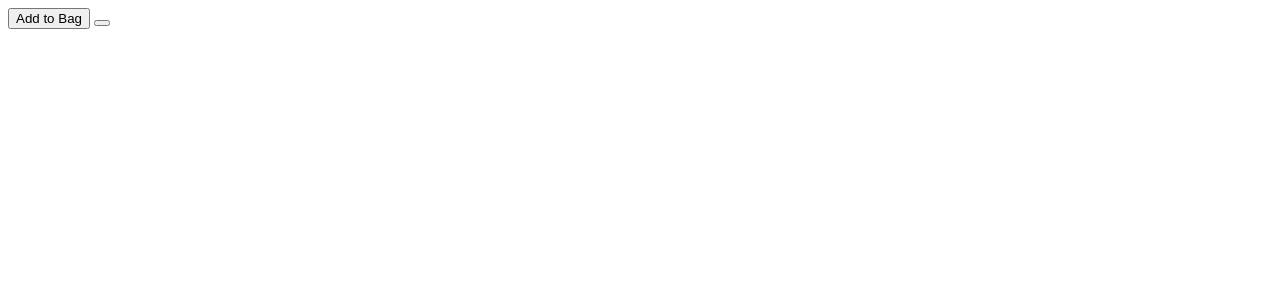
Repository: nihalani20/Learning-Js
Page: practice_set2/index.html
The author's editor kept a copy of each file at every save. The page is drawn from the files as they stood at one save, then again after the next save.
The browser window is 1280 px wide. The pictures show the whole page.

Above is the page before, as saved 2023-12-09 12:20:07.

### practice_set2/index.html
<!DOCTYPE html>
<html lang="en">
<head>
  <meta charset="UTF-8">
  <meta name="viewport" content="width=device-width, initial-scale=1.0">
  <title>Myntra bag exercise</title>
  <link  href="/practice_set2/style.css" rel="stylesheet">
  <link href="/practice_set2/index.js" >
</head>
<body>
  <main>
     <button class="bag" onclick="alert('Added to bag')">Add to Bag</button>
      <button class="wishlist" onclick="alert('Added to wishlist')"></button>














  </main>
</body>
</html>

### practice_set2/style.css
.bag{

}

After the next save:
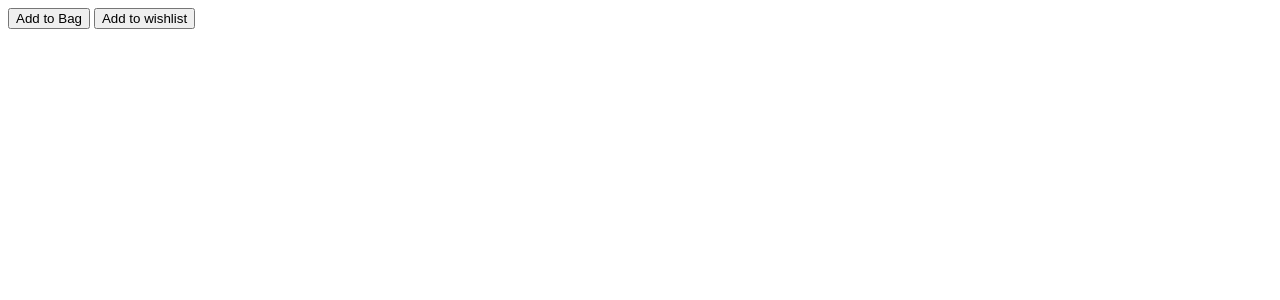
Saved 8 s later.
--- a/practice_set2/index.html
+++ b/practice_set2/index.html
@@ -10,7 +10,7 @@
 <body>
   <main>
      <button class="bag" onclick="alert('Added to bag')">Add to Bag</button>
-      <button class="wishlist" onclick="alert('Added to wishlist')"></button>
+      <button class="wishlist" onclick="alert('Added to wishlist')">Add to wishlist</button>
 
 
 
